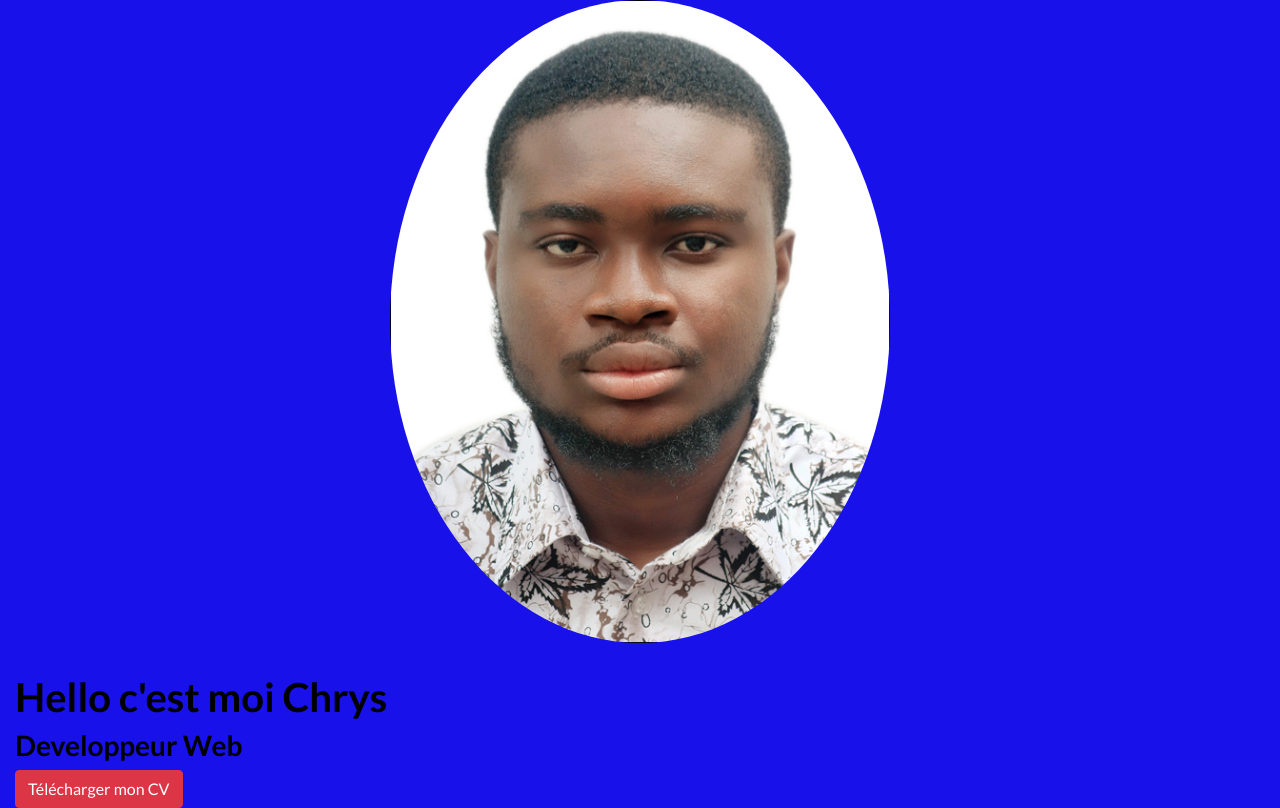
Repository: CHRYSOVR/CV_en_ligne_Interactif
Page: index.html
These files come from the project's save history. The page is drawn as it stood at one moment and after the next save; the edit follows.
The browser window is 1280 px wide. The pictures show the whole page.

Above is the page before, as saved 2025-07-07 15:06:06.
Console error: TypeError: Cannot read properties of undefined (reading 'fn')

After the next save:
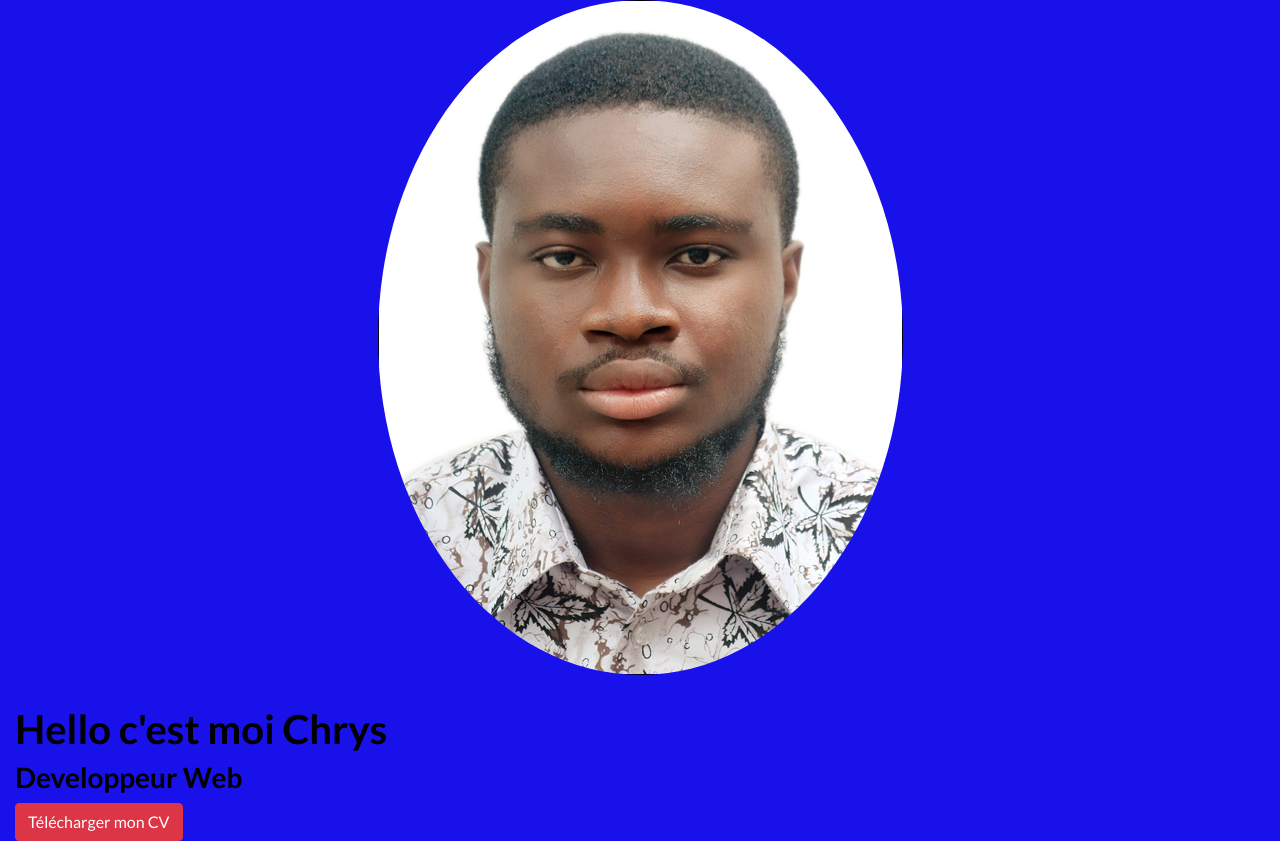
Saved 36 s later.
--- a/index.html
+++ b/index.html
@@ -14,8 +14,8 @@
 </head>
 <body>
   <section id="about" class="container-fluid">
-    <div class="profile-picture" ><img src="images/Me.JPG" alt="photo sanne-tia" class="rounded-circle"width="500" ></div>
-        <h1>Hello c'est moi Chrys</h1 >
+    <div class="profile-picture" ><img src="images/Me.JPG" alt="photo sanne-tia" class="rounded-circle" ></div>
+    <h1>Hello c'est moi Chrys</h1 >
      <h3>Developpeur Web</h3>
      <a href="documents/CV_Sanne-Tia.pdf" class="btn btn-danger" target="_blank">Télécharger mon CV</a>
   </div>
